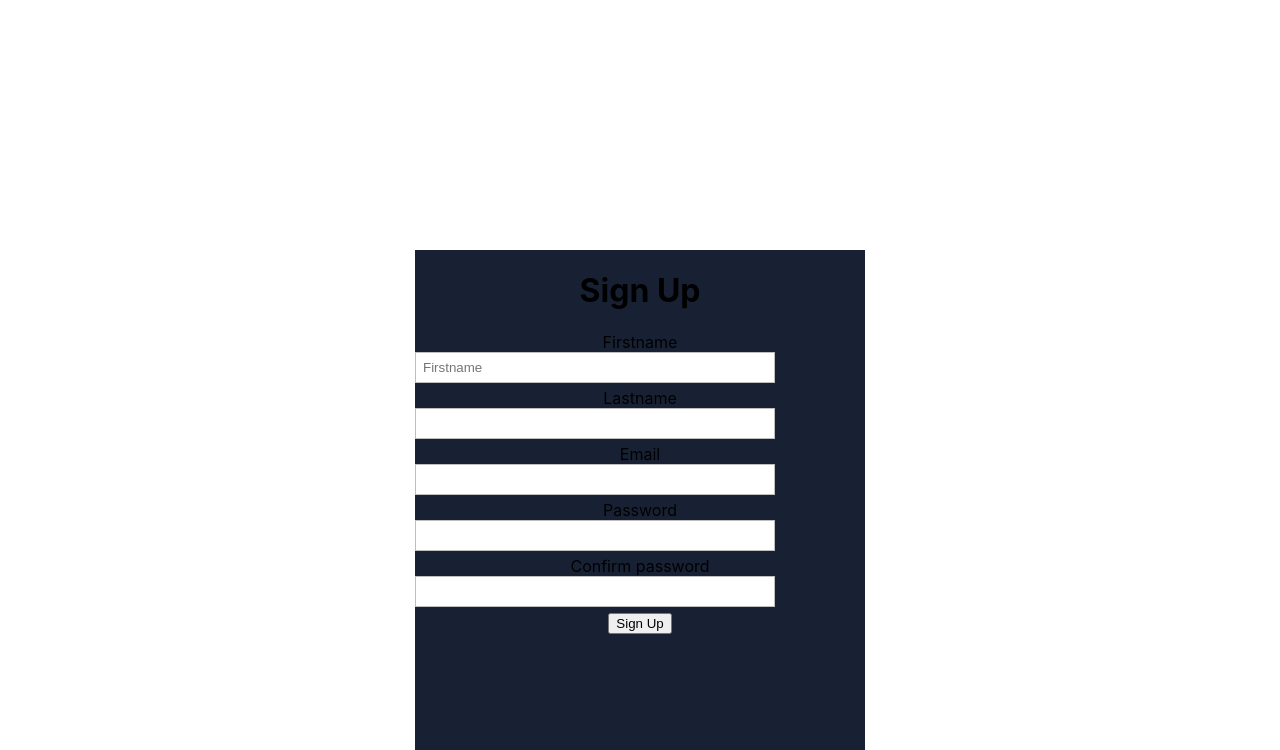
Repository: khamraeva/JSP-homework1-sighup
Page: /
The author's editor kept a copy of each file at every save. The page is drawn from the files as they stood at one save, then again after the next save.
The browser window is 1280 px wide. The pictures show the whole page.
The project was rebuilt for these pictures with package versions that can differ from the ones it lists, and the page was loaded fresh each time.

Above is the page before, as saved 2020-07-22 16:50:05.

After the next save:
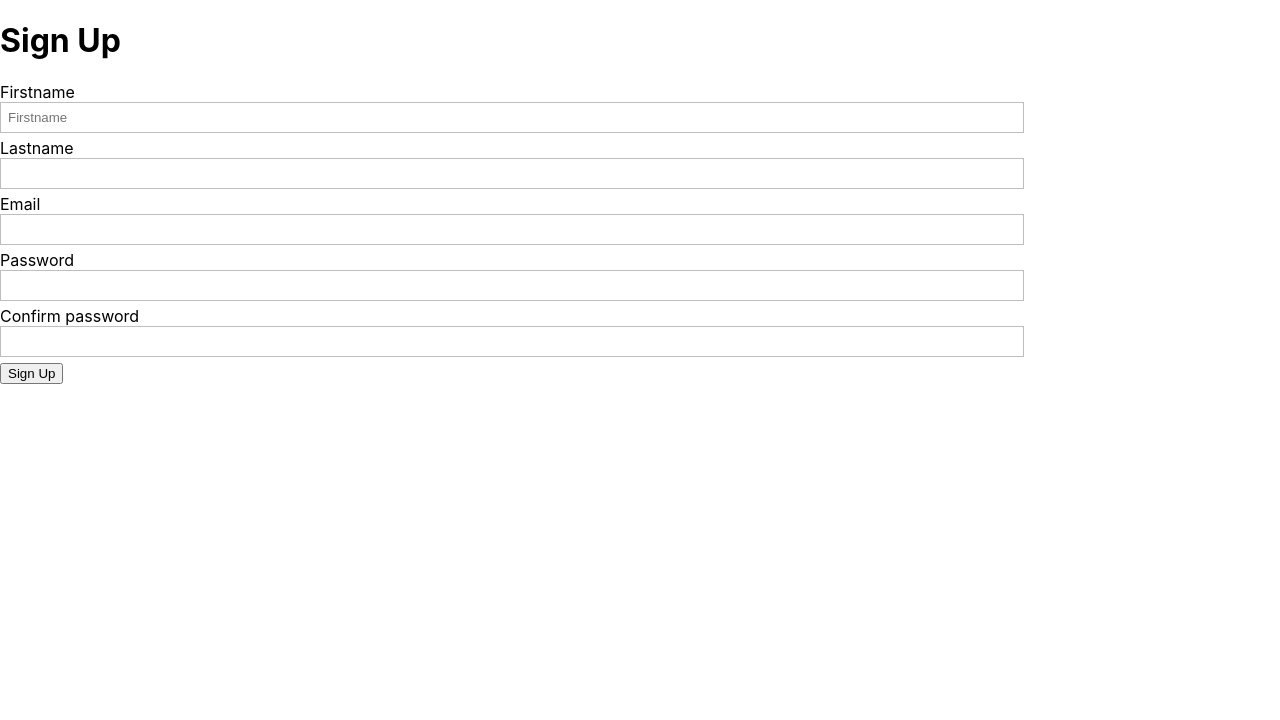
Saved 25 s later.
--- a/src/Components/SignUp/SignUp.css
+++ b/src/Components/SignUp/SignUp.css
@@ -1,9 +1,5 @@
 .signup-container {
-    width:450px;
-    height: 500px;
-    background-color: #182134;
-    margin: 250px auto 0 auto;
-    text-align: center;
+
     /* display: flex;
     justify-content: center;
     flex-direction: column;
